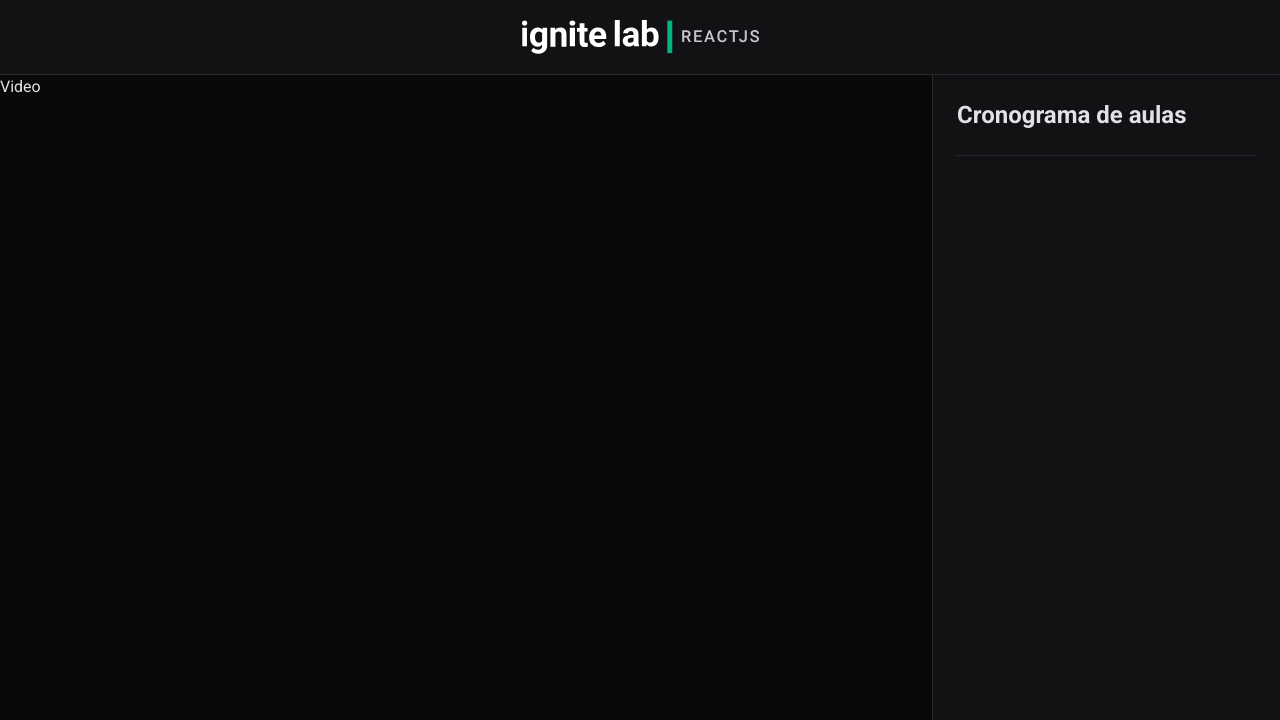
Repository: XFERRER7/Ignite-lab
Page: /
The author's editor kept a copy of each file at every save. The page is drawn from the files as they stood at one save, then again after a run of saves.
The browser window is 1280 px wide. The pictures show the whole page.
The page's requests for data from a server got no answer. The project was rebuilt for these pictures with package versions that can differ from the ones it lists, and the page was loaded fresh each time. No one was signed in, and anything a server would have sent is missing. Also part of the build but not shown: vite.config.ts, src/components/Lesson.tsx.

Above is the page before, as saved 2022-06-23 08:49:09.

### index.html
<!DOCTYPE html>
<html>
  <head>
    <meta charset="UTF-8" />
    <link rel="icon" type="image/svg+xml" href="/src/favicon.svg" />
    <meta name="viewport" content="width=device-width, initial-scale=1.0" />
    <title>Event Platform</title>
    <link rel="preconnect" href="https://fonts.googleapis.com">
<link rel="preconnect" href="https://fonts.gstatic.com" crossorigin>
<link href="https://fonts.googleapis.com/css2?family=Roboto:wght@400;500;700&display=swap" rel="stylesheet">
  </head>
  <body>
    <div id="root"></div>
    <script type="module" src="/src/main.tsx"></script>
  </body>
</html>

### src/main.tsx
import { ApolloProvider } from '@apollo/client'
import React from 'react'
import ReactDOM from 'react-dom/client'
import App from './App'
import { client } from './lib/apollo'
import './styles/Global.css'

ReactDOM.createRoot(document.getElementById('root')!).render(
  <React.StrictMode>
    <ApolloProvider client={client}>
    <App />
    </ApolloProvider>
  </React.StrictMode>
)

### src/App.tsx
import { Header } from "./components/Header"
import { Lesson } from "./components/Lesson"
import { SideBar } from "./components/SideBar"
import { Video } from "./components/Video"
import { Event } from "./pages/Event"

function App() {

  return (
    <div>
      <Event/>
    </div>
  )
}

export default App

### src/lib/apollo.ts
import { ApolloClient, InMemoryCache } from "@apollo/client";

export const client = new ApolloClient({
  uri: 'https://api-sa-east-1.graphcms.com/v2/cl4oe0npq21lo01xi4o5e7kb5/master',
  cache: new InMemoryCache()
})

### src/styles/Global.css
@tailwind base;
@tailwind components;
@tailwind utilities;

body {
  @apply text-gray-100 bg-gray-900;
  -webkit-font-smoothing: antialiased;
}

### src/pages/Event.tsx
import React from 'react'
import { Header } from '../components/Header'
import { SideBar } from '../components/SideBar'
import { Video } from '../components/Video'

export const Event = () => {
  return (
    <>
    <div className='flex flex-col min-h-screen'>
      <Header/>
      <main className='flex flex-1'>
      <Video/>
      <SideBar/>
      </main>
    </div>

    </>
  )
}

### src/components/Header.tsx
import React from 'react'
import { Logo } from './Logo'

export const Header = () => {
  return (
    <header className='w-full py-5 flex items-center justify-center bg-gray-700 border-b border-gray-600'>
      <Logo/>
    </header>
  )
}

### src/components/SideBar.tsx
import { gql, useQuery } from '@apollo/client'
import React from 'react'
import { Lesson } from './Lesson'


const GET_LESSONS_QUERY = gql`
  query {
    lessons(orderBy: availableAt_ASC, stage: PUBLISHED) {
      id
      slug
      title
      availableAt
      lessonType
    }
}

`

interface GetLessonsQueryResponse {
  lessons: {
    id: string
    slug:string
    title:string
    availableAt:string
    lessonType: 'live' | 'class'
  }[]
}


export const SideBar = () => {

  const {data} = useQuery<GetLessonsQueryResponse>(GET_LESSONS_QUERY)

  return (
    <aside className='w-[348px] bg-gray-700 p-6 border-l border-gray-600'>
      <span className='font-bold text-2xl pb-6 mb-6 border-b border-gray-600 block'>Cronograma de aulas</span>

      <div className='flex flex-col gap-8'>
        {
          data?.lessons.map(lesson => {
            return (
              <Lesson
              title={lesson.title}
              slug={lesson.slug}
              avaliableAt={new Date(lesson.availableAt)}
              type={lesson.lessonType}/>
            )
          })
        }

      </div>
    </aside>
  )
}

### src/components/Video.tsx
import React from 'react'

export const Video = () => {
  return (
    <div className='flex-1'>Video</div>
  )
}

### src/components/Logo.tsx
import React from "react";

export function Logo() {
  return (
    <svg
      xmlns="http://www.w3.org/2000/svg"
      width="237"
      height="34"
      fill="none"
      viewBox="0 0 237 34"
    >
      <path
        fill="#fff"
        d="M.002 3.112a2.49 2.49 0 01.165-.987c.12-.314.304-.595.535-.83A2.906 2.906 0 012.615.572c.698 0 1.374.257 1.912.723.23.24.412.524.536.837a2.701 2.701 0 010 1.979 2.568 2.568 0 01-.536.837 2.889 2.889 0 01-1.907.723 2.901 2.901 0 01-1.908-.723 2.458 2.458 0 01-.538-.84 2.645 2.645 0 01-.172-.996zm4.96 23.146H.273V7.862h4.689v18.397zM8.012 16.973c0-2.853.686-5.145 2.055-6.883a6.653 6.653 0 015.528-2.606 5.869 5.869 0 014.802 2.09l.2-1.751h4.538v17.95a7.891 7.891 0 01-1.12 4.246 7.243 7.243 0 01-3.147 2.752 11.155 11.155 0 01-4.742.94c-1.378 0-2.74-.279-4.008-.812a7.08 7.08 0 01-2.946-2.11l2.208-3.02a5.905 5.905 0 004.543 2.08 4.356 4.356 0 003.104-1.059 3.938 3.938 0 001.103-2.993v-.994a5.775 5.775 0 01-4.555 1.935 6.647 6.647 0 01-3.05-.652 6.615 6.615 0 01-2.408-1.967c-1.397-1.752-2.085-4.089-2.085-6.942v-.21h-.025l.005.006zm4.997.355a6.723 6.723 0 001.026 3.956 3.233 3.233 0 002.799 1.443c.651.045 1.3-.088 1.878-.39a3.52 3.52 0 001.396-1.305v-7.825a3.448 3.448 0 00-1.374-1.305 3.504 3.504 0 00-1.86-.39 3.28 3.28 0 00-1.61.365 3.22 3.22 0 00-1.219 1.103c-.688.975-1.036 2.418-1.036 4.348zM33.098 7.833l.158 2.196a6.527 6.527 0 012.371-1.927 6.38 6.38 0 012.971-.62c1.97 0 3.438.597 4.39 1.79.953 1.194 1.456 2.936 1.486 5.293v12.249h-4.962V14.683a3.367 3.367 0 00-.684-2.344 3.086 3.086 0 00-1.069-.598 3.008 3.008 0 00-1.211-.13 3.349 3.349 0 00-1.821.454c-.553.32-1.01.794-1.313 1.367v13.37H28.45V7.845l4.647-.012zM47.512 3.112a2.304 2.304 0 01.185-.988 2.42 2.42 0 01.59-.831A3.439 3.439 0 0150.404.57c.772 0 1.52.256 2.117.723.508.486.792 1.142.792 1.826 0 .683-.284 1.34-.792 1.826a3.417 3.417 0 01-2.11.723c-.77 0-1.517-.257-2.11-.723a2.47 2.47 0 01-.594-.839 2.342 2.342 0 01-.19-.994h-.005zm5.483 23.149h-5.18V7.86h5.18v18.4zM62.454 3.334v4.612h3.107v3.677h-3.107v9.382c-.05.53.091 1.063.395 1.495a1.824 1.824 0 001.473.45c.476.002.95-.035 1.421-.114v3.803a9.672 9.672 0 01-2.939.449c-3.398 0-5.128-1.775-5.19-5.32V11.644h-2.642V7.968h2.643V3.356h4.841v-.025l-.002.003zM76.487 27.08a9.277 9.277 0 01-6.759-2.55c-1.74-1.699-2.605-3.957-2.605-6.797v-.494a11.295 11.295 0 011.098-5.08 8.141 8.141 0 013.111-3.465 8.72 8.72 0 014.59-1.22c2.577 0 4.62.815 6.098 2.449 1.478 1.633 2.226 3.94 2.226 6.929v2.055h-12.01a4.665 4.665 0 001.473 2.971 4.487 4.487 0 003.111 1.111 5.426 5.426 0 004.548-2.115l2.476 2.781a7.506 7.506 0 01-3.07 2.507 9.81 9.81 0 01-4.287.916v.002zm-.594-15.514a3.127 3.127 0 00-2.428 1.012 5.405 5.405 0 00-1.188 2.912h7.006v-.405a3.749 3.749 0 00-.908-2.608 3.252 3.252 0 00-2.45-.908h-.03l-.002-.003zM97.771 26.259h-4.957V0h4.957V26.26zM112.209 26.259c-.227-.444-.392-.997-.496-1.659-1.196 1.333-2.751 2.002-4.666 2.002-1.811 0-3.314-.523-4.504-1.572-1.191-1.049-1.786-2.372-1.786-3.966 0-1.96.725-3.464 2.179-4.513 1.453-1.049 3.553-1.58 6.3-1.59h2.273v-1.06c0-.854-.22-1.54-.659-2.051-.44-.513-1.131-.77-2.078-.77-.832 0-1.486.2-1.957.6-.474.4-.708.945-.708 1.64h-4.941c0-1.07.331-2.062.992-2.973.662-.91 1.597-1.626 2.804-2.144 1.206-.518 2.564-.778 4.069-.778 2.28 0 4.089.573 5.429 1.718 1.34 1.145 2.009 2.756 2.009 4.83v8.017c.012 1.754.256 3.082.735 3.983v.29h-4.992l-.003-.004zm-4.086-3.435c.728 0 1.402-.163 2.016-.486.614-.326 1.071-.76 1.367-1.308v-3.181h-1.846c-2.472 0-3.79.854-3.948 2.564l-.017.291c0 .614.217 1.123.649 1.523.434.4 1.026.6 1.779.6v-.003zM136.58 17.183c0 2.963-.632 5.273-1.898 6.931-1.265 1.659-3.032 2.488-5.3 2.488-2.006 0-3.608-.77-4.805-2.308l-.222 1.967h-4.444V.001h4.94v9.418c1.14-1.332 2.638-2 4.496-2 2.256 0 4.025.828 5.308 2.487 1.283 1.658 1.923 3.992 1.923 7v.274l.002.003zm-4.94-.358c0-1.868-.296-3.233-.889-4.094-.592-.861-1.475-1.29-2.65-1.29-1.572 0-2.655.643-3.247 1.932v7.299c.604 1.298 1.697 1.95 3.282 1.95 1.584 0 2.643-.788 3.146-2.36.239-.752.358-1.897.358-3.437z"
      ></path>
      <path
        fill="#C4C4CC"
        d="M164.51 17.501h-2.283v4.53h-2.048v-11.78h4.143c1.36 0 2.408.306 3.149.915.74.61 1.108 1.493 1.108 2.648 0 .787-.19 1.449-.57 1.98-.38.532-.911.94-1.59 1.226l2.646 4.906v.106h-2.194l-2.364-4.531h.003zm-2.283-1.65h2.105c.691 0 1.229-.176 1.619-.524.39-.348.582-.824.582-1.429 0-.604-.18-1.12-.538-1.466-.358-.345-.893-.523-1.606-.533h-2.162V15.85zM179.066 16.773h-4.839v3.625h5.656v1.634h-7.704V10.25h7.648v1.65h-5.6v3.253h4.839v1.62zM189.803 19.29h-4.565l-.955 2.744h-2.127l4.452-11.783h1.836l4.459 11.783h-2.137l-.963-2.744zm-3.99-1.65h3.415l-1.707-4.89-1.708 4.89zM204.716 18.197c-.119 1.256-.583 2.238-1.392 2.941-.81.703-1.885 1.056-3.228 1.056-.938 0-1.764-.222-2.48-.668-.715-.445-1.266-1.079-1.656-1.898-.387-.82-.589-1.772-.607-2.858v-1.1c0-1.11.198-2.09.59-2.937.392-.846.96-1.5 1.695-1.96.736-.458 1.587-.688 2.554-.688 1.301 0 2.347.353 3.139 1.057.792.703 1.254 1.7 1.385 2.99h-2.039c-.096-.846-.343-1.458-.74-1.833-.397-.375-.977-.563-1.745-.563-.89 0-1.574.326-2.05.977-.479.652-.721 1.605-.733 2.863v1.044c0 1.273.227 2.245.683 2.917.457.668 1.123 1.004 2.004 1.004.805 0 1.409-.18 1.814-.543.405-.363.661-.962.77-1.804h2.038l-.002.003zM216.481 11.902h-3.674v10.132h-2.031V11.902h-3.642V10.25h9.347v1.65zM222.759 10.251h2.039v8.262c0 1.127-.353 2.023-1.057 2.687-.703.664-1.633.995-2.788.995-1.229 0-2.179-.311-2.848-.93-.669-.62-1.004-1.484-1.004-2.59h2.038c0 .627.156 1.096.467 1.412.31.316.76.474 1.347.474.55 0 .989-.183 1.315-.545.326-.366.489-.867.489-1.51V10.25h.002zM234.952 18.999c0-.518-.183-.918-.545-1.197-.363-.279-1.022-.563-1.972-.849-.95-.286-1.705-.604-2.265-.955-1.074-.674-1.612-1.555-1.612-2.638 0-.95.388-1.732 1.163-2.347.774-.614 1.779-.922 3.015-.922.819 0 1.55.15 2.194.454a3.597 3.597 0 011.513 1.29c.367.558.55 1.177.55 1.858h-2.038c0-.614-.193-1.095-.578-1.443-.385-.348-.938-.524-1.656-.524-.668 0-1.189.144-1.557.43-.37.286-.555.686-.555 1.197 0 .432.2.792.6 1.08.399.29 1.056.57 1.974.842.918.271 1.653.582 2.208.93.556.348.963.748 1.222 1.197.259.452.387.977.387 1.582 0 .982-.375 1.762-1.127 2.342-.753.58-1.775.87-3.063.87a5.755 5.755 0 01-2.352-.473c-.715-.316-1.27-.75-1.668-1.308-.397-.555-.594-1.204-.594-1.942h2.048c0 .669.222 1.187.664 1.555.441.367 1.075.55 1.902.55.713 0 1.246-.143 1.607-.432.357-.288.538-.671.538-1.145l-.003-.002z"
      ></path>
      <path fill="#00B37E" d="M150.271 33.146h-4.958V.57h4.958v32.576z"></path>
    </svg>
  );
}

### tailwind.config.js
/** @type {import('tailwindcss').Config} */
module.exports = {
  content: [
    './src/**/*.tsx'
  ],
  theme: {
    extend: {
      fontFamily: {
        sans: 'Roboto, sans-serif'
      },
      colors: {
        green: {
          300: '#00B37E',
          500: '#00875F',
          700: '#015F43',
        },
        blue: {
          500: '#81D8F7',
        },
        orange: {
          500: '#FBA94C',
        },
        red: {
          500: '#F75A68',
        },
        gray: {
          100: '#E1E1E6',
          200: '#C4C4CC',
          300: '#8D8D99',
          500: '#323238',
          600: '#29292E',
          700: '#121214',
          900: '#09090A'
        }
      }
    },
  },
  plugins: [],
}

After the next 3 saves:
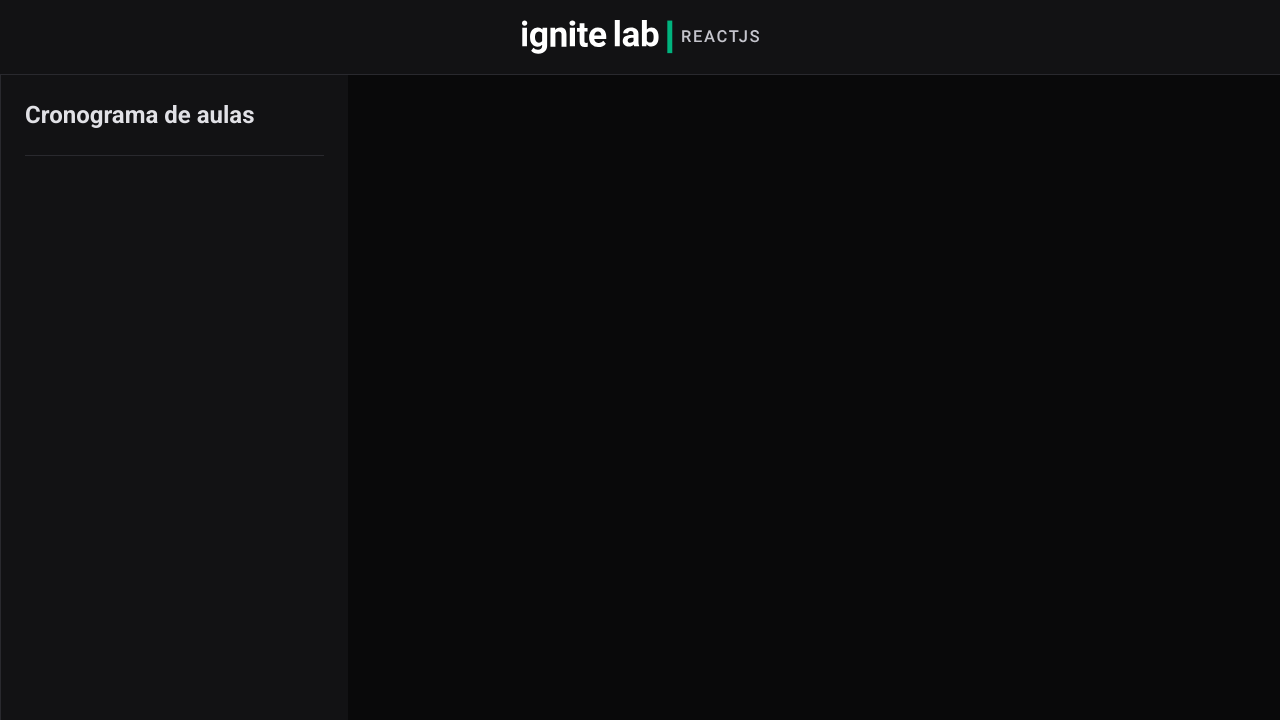
The 3 saves are shown as one change because they came seconds apart.
The last was saved 2 days later.
--- a/src/components/Video.tsx
+++ b/src/components/Video.tsx
@@ -2,6 +2,8 @@
 
 export const Video = () => {
   return (
-    <div className='flex-1'>Video</div>
+    <div className="bg-black">
+
+    </div>
   )
 }

After the 6 saves that followed:
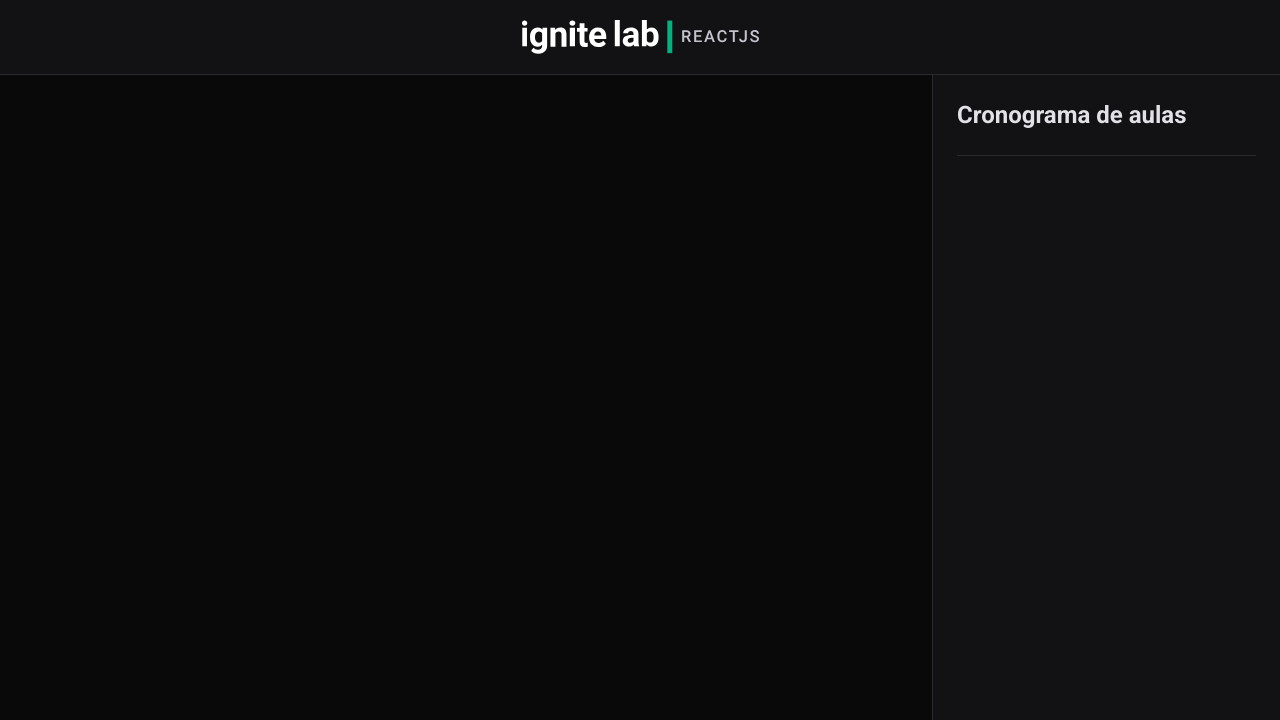
The 6 saves are shown as one change because 2 did not build or start and 1 left the picture as it was and some came seconds apart.
The last was saved 4 min 9 s later.
--- a/src/components/Video.tsx
+++ b/src/components/Video.tsx
@@ -2,8 +2,11 @@
 
 export const Video = () => {
   return (
-    <div className="bg-black">
+    <div className="flex-1">
+      <div className="bg-black">
 
+      </div>
     </div>
   )
+
 }
